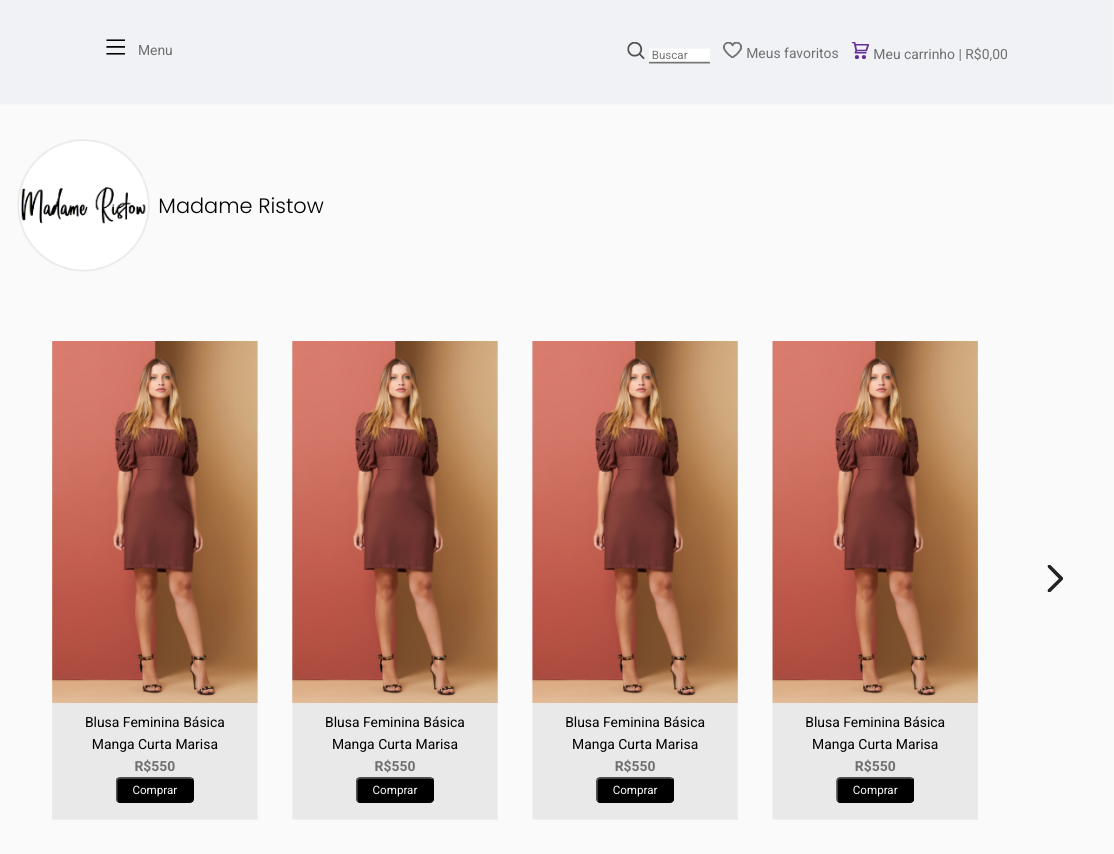
Repository: gutobarbosa/FrontEndLojaVirtual
Page: /
These files come from the project's save history. The page is drawn as it stood at one moment and after the next save; the edit follows.
The browser window is 1280 px wide. The pictures show the whole page, at 87% of full size.
The project was rebuilt for these pictures with package versions that can differ from the ones it lists, and the page was loaded fresh each time. Also part of the build but not shown: src/pages/Repository/styles.ts, src/services/api.ts, src/pages/Repository/index.tsx.

Above is the page before, as saved 2020-11-20 22:29:29.

After the next save:
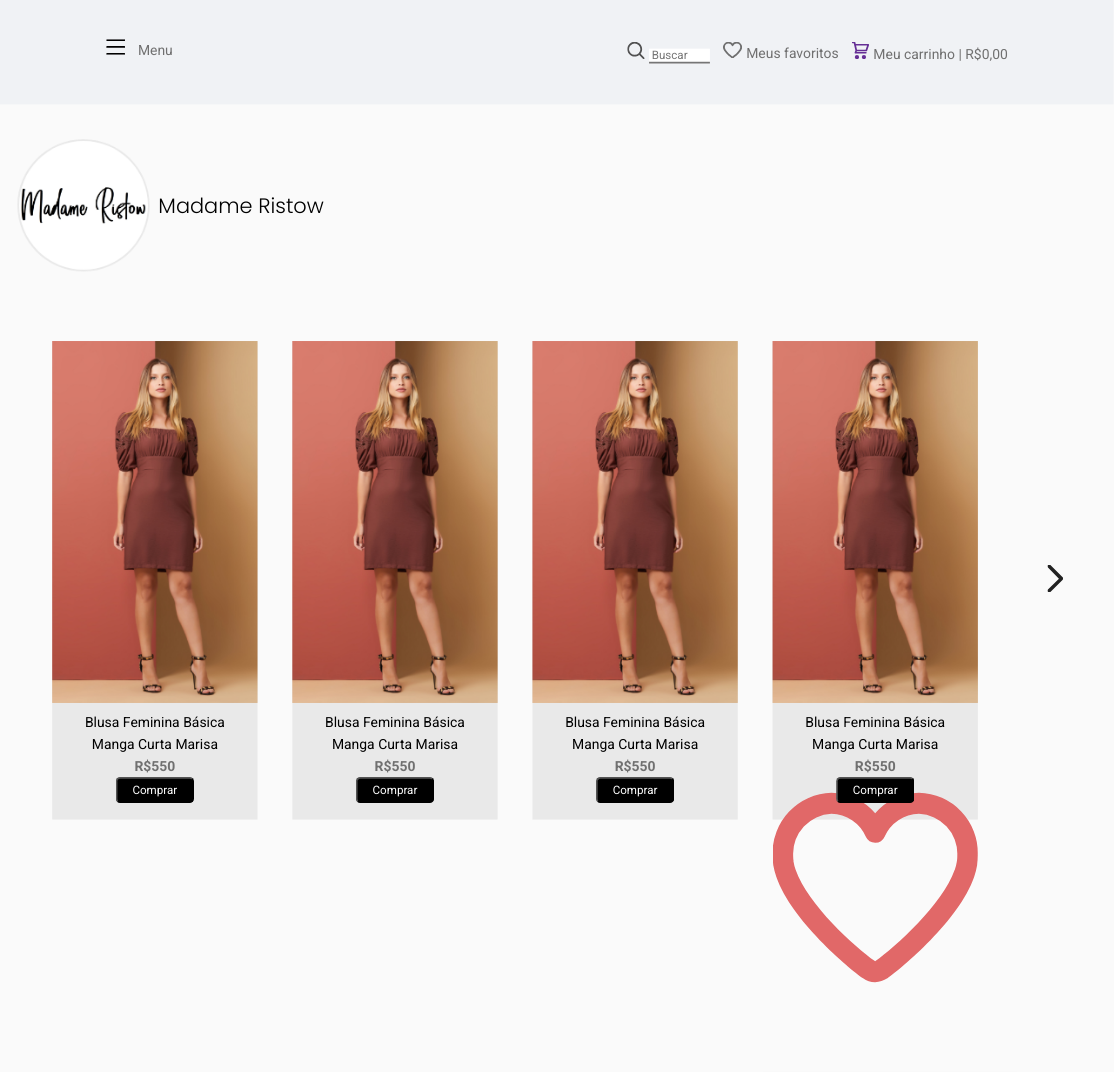
Saved 76 s later.
--- a/src/pages/Dashboard/index.tsx
+++ b/src/pages/Dashboard/index.tsx
@@ -60,6 +60,7 @@ const Dashboard: React.FC = () => {
         <div className="productBox">
             <div className="productImage">
             <img src={productimage} alt="Product" />
+            <img src={iconheart} alt="Product" />
             </div>
             <div className="productinformation">
                 <p>Blusa Feminina Básica Manga Curta Marisa<br/></p>
